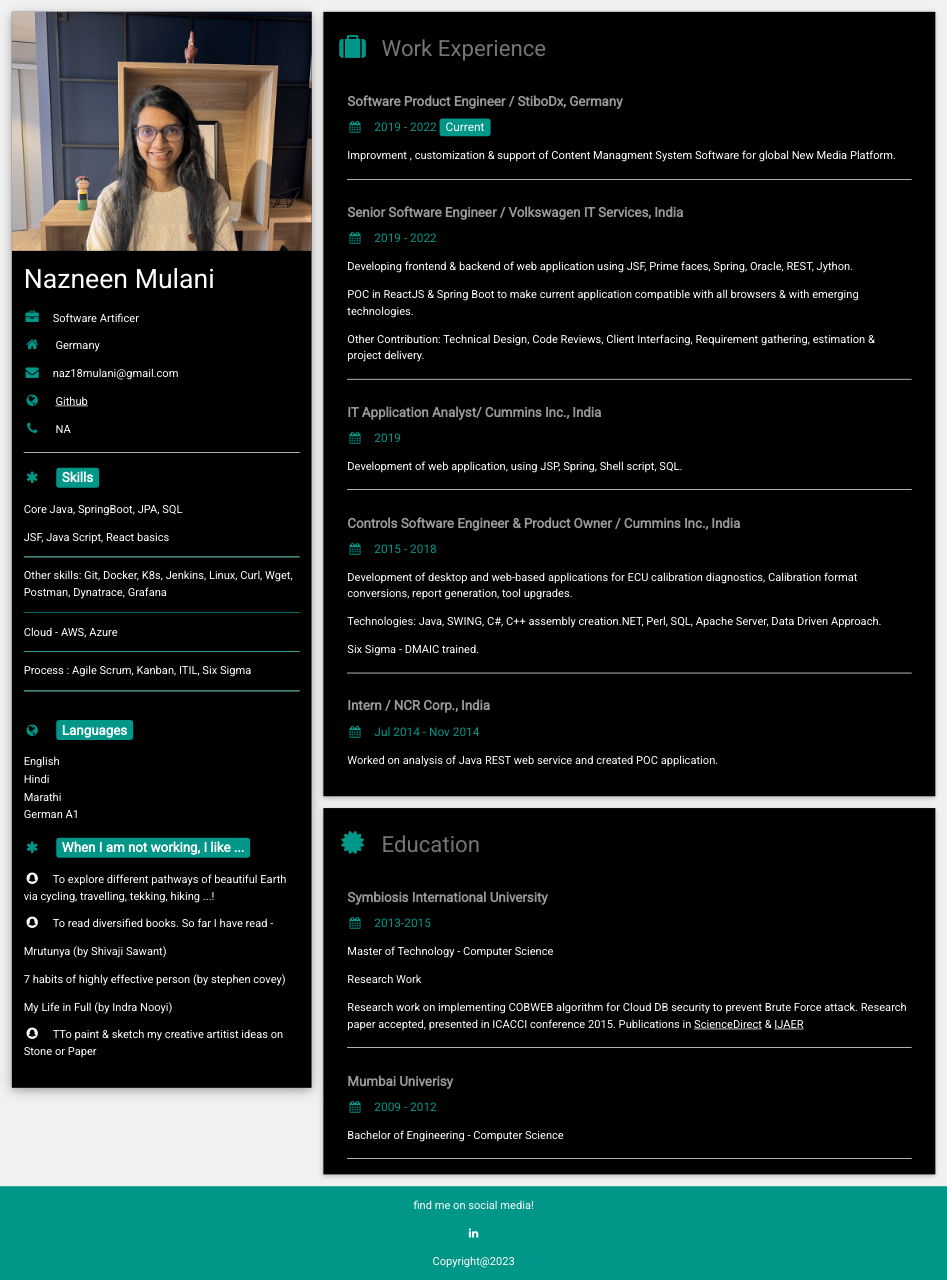
Repository: nazneenprojects/nazneen.github.io
Page: index.html
An editor plug-in stored every save of this project. The page is shown before and after the next save, followed by the edit.
The browser window is 1280 px wide. The pictures show the whole page, at 74% of full size.

Above is the page before, as saved 2023-07-09 12:12:39.

### index.html
<!DOCTYPE html>
<html>
<title>Nazneen Portfolio</title>
<meta charset="UTF-8">
<meta name="viewport" content="width=device-width, initial-scale=1">
<link rel="stylesheet" href="https://www.w3schools.com/w3css/4/w3.css">
<link rel='stylesheet' href='https://fonts.googleapis.com/css?family=Roboto'>
<link rel="stylesheet" href="https://cdnjs.cloudflare.com/ajax/libs/font-awesome/4.7.0/css/font-awesome.min.css">
<style>
html,body,h1,h2,h3,h4,h5,h6 {font-family: "Roboto", sans-serif}
</style>
<body class="w3-light-grey">

<!-- Page Container -->
<div class="w3-content w3-margin-top" style="max-width:1400px;">

  <!-- The Grid -->
  <div class="w3-row-padding">

    <!-- Left Column -->
    <div class="w3-third">

      <div class="w3-black w3-text-white w3-card-4">
        <div class="w3-display-container">
          <img src="IMG_NazneenM.JPG" style="width:100%" alt="Avatar">
          <div class="w3-display-bottomleft w3-container w3-text-black">
          </div>
        </div>
        <div class="w3-container">
          <h1>Nazneen Mulani</h1>
          <p><i class="fa fa-briefcase fa-fw w3-margin-right w3-large w3-text-teal"></i>Software Artificer</p>
          <p><i class="fa fa-home fa-fw w3-margin-right w3-large w3-text-teal"></i> Germany </p>
          <p><i class="fa fa-envelope fa-fw w3-margin-right w3-large w3-text-teal"></i>naz18mulani@gmail.com</p>
          <p><i class="fa fa-globe fa-fw w3-margin-right w3-large w3-text-teal"></i>
          <a href="https://github.com/nazneenprojects">Github</a>
          </p>
          <p><i class="fa fa-phone fa-fw w3-margin-right w3-large w3-text-teal"></i> NA </p>
          <hr>

          <p class="w3-large"><b><i class="fa fa-asterisk fa-fw w3-margin-right w3-text-teal"></i> <span class="w3-tag w3-teal w3-round">Skills</span></b></p>
          <p>Core Java, SpringBoot, JPA, SQL</p>

          <p>JSF, Java Script, React basics</p>
          <div class="w3-light-grey w3-round-xlarge w3-small">
            <div class="w3-container w3-center w3-round-xlarge w3-teal" style="width:100%">
            </div>
          </div>
          <p>Other skills: Git, Docker, K8s, Jenkins, Linux, Curl, Wget, Postman, Dynatrace, Grafana</p>
          <div class="w3-light-grey w3-round-xlarge w3-small">
            <div class="w3-container w3-center w3-square-xlarge w3-teal" style="width:100%">
           </div>
          </div>
          <p>Cloud - AWS, Azure</p>
          <div class="w3-light-grey w3-round-xlarge w3-small">
            <div class="w3-container w3-center w3-round-xlarge w3-teal" style="width:100%">
            </div>
          </div>
          <p>Process : Agile Scrum, Kanban, ITIL, Six Sigma</p>
          <div class="w3-light-grey w3-round-xlarge w3-small">
            <div class="w3-container w3-center w3-round-xlarge w3-teal" style="width:100%">
            </div>
          </div>
          <br>

          <p class="w3-large w3-text-theme"><b><i class="fa fa-globe fa-fw w3-margin-right w3-text-teal"></i> <span class="w3-tag w3-teal w3-round">Languages</span></b></p>

          <div class="w3-light-grey w3-round-xlarge">
            <div class="w3-square-xlarge w3-black" style="height:24px;width:100%">English</div>
          </div>

          <div class="w3-light-grey w3-round-xlarge">
            <div class="w3-square-xlarge w3-black" style="height:24px;width:100%">Hindi</div>
          </div>

          <div class="w3-light-grey w3-round-xlarge">
            <div class="w3-square-xlarge w3-black" style="height:24px;width:100%">Marathi</div>
          </div>

          <div class="w3-light-grey w3-round-xlarge">
            <div class="w3-square-xlarge w3-black" style="height:24px;width:100%">German A1</div>
          </div>

          <p class="w3-large"><b><i class="fa fa-asterisk fa-fw w3-margin-right w3-text-teal"></i> <span class="w3-tag w3-teal w3-round">When I am not working, I like ...</span></b></p>
          <p><i class="fa fa-snapchat fa-fw w3-margin-right w3-large w3-text-white"></i>To explore different pathways of beautiful Earth via cycling, travelling, tekking, hiking ...!  </p>
          <div>
          <p><i class="fa fa-snapchat fa-fw w3-margin-right w3-large w3-text-white"></i>To read diversified books. So far I have read - </p>
            </p>Mrutunya (by Shivaji Sawant)</p>
            </p>7 habits of highly effective person (by stephen covey)</p>
            </p>My Life in Full (by Indra Nooyi)</p>
        </div>
          <p><i class="fa fa-snapchat fa-fw w3-margin-right w3-large w3-text-white"></i>TTo paint & sketch my creative artitist ideas on Stone or Paper   </p>
          <br>
        </div>
      </div><br>

    <!-- End Left Column -->
    </div>

    <!-- Right Column -->
    <div class="w3-twothird">

      <div class="w3-container w3-card w3-black w3-margin-bottom">
        <h2 class="w3-text-grey w3-padding-16"><i class="fa fa-suitcase fa-fw w3-margin-right w3-xxlarge w3-text-teal"></i>Work Experience</h2>
        <div class="w3-container">
          <h5 class="w3-opacity"><b>Software Product Engineer / StiboDx, Germany</b></h5>
          <h6 class="w3-text-teal"><i class="fa fa-calendar fa-fw w3-margin-right"></i>2019 - 2022 <span class="w3-tag w3-teal w3-round">Current</span></h6>
          <p> Improvment , customization & support of Content Managment System Software for global New Media Platform.</p>
          <hr>
        </div>
        <div class="w3-container">
          <h5 class="w3-opacity"><b>Senior Software Engineer / Volkswagen IT Services, India</b></h5>
          <h6 class="w3-text-teal"><i class="fa fa-calendar fa-fw w3-margin-right"></i>2019 - 2022</h6>
          <p>Developing frontend & backend of web application using JSF, Prime faces, Spring, Oracle, REST, Jython.</p>
          <p>POC in ReactJS & Spring Boot to make current application compatible with all browsers & with emerging technologies.</p>
          <p>Other Contribution: Technical Design, Code Reviews, Client Interfacing, Requirement gathering, estimation & project delivery.</p>
          <hr>
        </div>
        <div class="w3-container">
          <h5 class="w3-opacity"><b>IT Application Analyst/ Cummins Inc., India</b></h5>
          <h6 class="w3-text-teal"><i class="fa fa-calendar fa-fw w3-margin-right"></i>2019 </h6>
          <p>Development of web application, using JSP, Spring, Shell script, SQL.</p>
          <hr>
        </div>
        <div class="w3-container">
          <h5 class="w3-opacity"><b>Controls Software Engineer & Product Owner / Cummins Inc., India</b></h5>
          <h6 class="w3-text-teal"><i class="fa fa-calendar fa-fw w3-margin-right"></i>2015 - 2018</h6>
          <p>Development of desktop and web-based applications for ECU calibration diagnostics, Calibration format conversions, report generation, tool upgrades.</p>
          <p>Technologies: Java, SWING, C#, C++ assembly creation.NET, Perl, SQL, Apache Server, Data Driven Approach.</p>
          <p>Six Sigma - DMAIC trained.</p>
          <hr>
        </div>
        <div class="w3-container">
          <h5 class="w3-opacity"><b>Intern / NCR Corp., India</b></h5>
          <h6 class="w3-text-teal"><i class="fa fa-calendar fa-fw w3-margin-right"></i>Jul 2014 - Nov 2014</h6>
          <p>Worked on analysis of Java REST web service and created POC application. </p><br>
        </div>
      </div>

      <div class="w3-container w3-card w3-black">
        <h2 class="w3-text-grey w3-padding-16"><i class="fa fa-certificate fa-fw w3-margin-right w3-xxlarge w3-text-teal"></i>Education</h2>
        <div class="w3-container">
          <h5 class="w3-opacity"><b> Symbiosis International University</b></h5>
          <h6 class="w3-text-teal"><i class="fa fa-calendar fa-fw w3-margin-right"></i>2013-2015</h6>
          <p>Master of Technology - Computer Science</p>
          <p>Research Work</p>
          <p>
            Research work on implementing COBWEB algorithm for Cloud DB security to prevent Brute Force attack. Research paper accepted, presented in ICACCI conference 2015. Publications in

            <a href="https://www.sciencedirect.com/science/article/pii/S1877050915005359">ScienceDirect</a> &
            <a href="https://www.ripublication.com/Volume/ijaerv10n12.htm">IJAER</a>
          </p>
          <hr>
        </div>
        <div class="w3-container">
          <h5 class="w3-opacity"><b>Mumbai Univerisy</b></h5>
          <h6 class="w3-text-teal"><i class="fa fa-calendar fa-fw w3-margin-right"></i>2009 - 2012</h6>
          <p>Bachelor of Engineering - Computer Science</p>
          <hr>
        </div>
      </div>

    <!-- End Right Column -->
    </div>

  <!-- End Grid -->
  </div>

  <!-- End Page Container -->
</div>

<footer class="w3-container w3-teal w3-center w3-margin-top">

  <p>find me on social media!</p>
  <a href="https://www.linkedin.com/in/nazneen-mulani-05004012a/"> <i class="fa fa-linkedin w3-hover-opacity"></i></a>
  <p>Copyright@2023</p>
 <!--
  <i class="fa fa-facebook-official w3-hover-opacity"></i>
  <i class="fa fa-instagram w3-hover-opacity"></i>
  <i class="fa fa-snapchat w3-hover-opacity"></i>
  <i class="fa fa-pinterest-p w3-hover-opacity"></i>
  <i class="fa fa-twitter w3-hover-opacity"></i>
  <p>Powered by <a href="https://www.w3schools.com/w3css/default.asp" target="_blank">w3.css</a></p>
 -->
</footer>

</body>
</html>

After the next save:
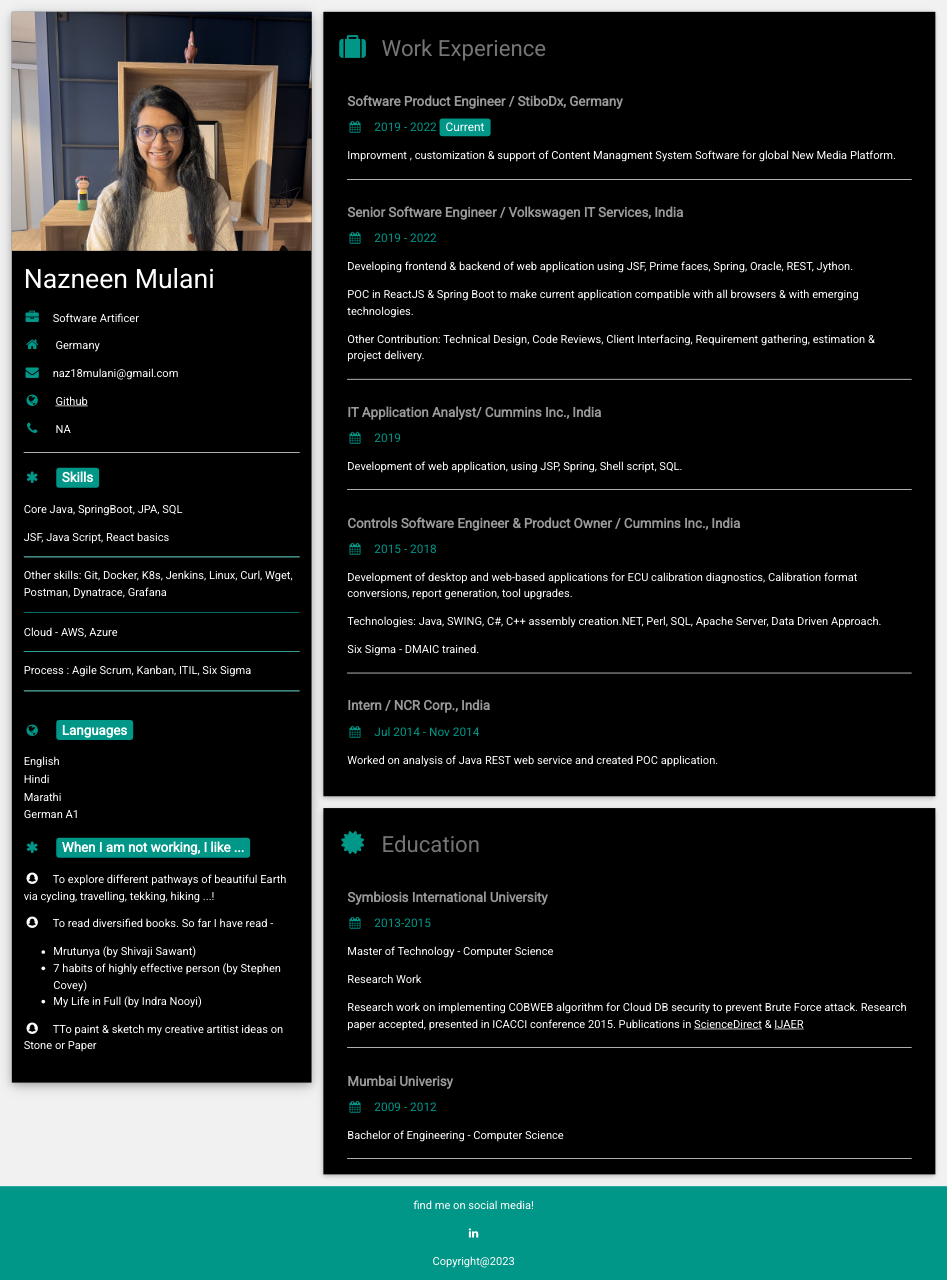
Saved 112 s later.
--- a/index.html
+++ b/index.html
@@ -83,11 +83,14 @@
           <p class="w3-large"><b><i class="fa fa-asterisk fa-fw w3-margin-right w3-text-teal"></i> <span class="w3-tag w3-teal w3-round">When I am not working, I like ...</span></b></p>
           <p><i class="fa fa-snapchat fa-fw w3-margin-right w3-large w3-text-white"></i>To explore different pathways of beautiful Earth via cycling, travelling, tekking, hiking ...!  </p>
           <div>
-          <p><i class="fa fa-snapchat fa-fw w3-margin-right w3-large w3-text-white"></i>To read diversified books. So far I have read - </p>
-            </p>Mrutunya (by Shivaji Sawant)</p>
-            </p>7 habits of highly effective person (by stephen covey)</p>
-            </p>My Life in Full (by Indra Nooyi)</p>
-        </div>
+            <p><i class="fa fa-snapchat fa-fw w3-margin-right w3-large w3-text-white"></i>To read diversified books. So far I have read - </p>
+            <ul>
+              <li>Mrutunya (by Shivaji Sawant)</li>
+              <li>7 habits of highly effective person (by Stephen Covey)</li>
+              <li>My Life in Full (by Indra Nooyi)</li>
+            </ul>
+          </div>
+
           <p><i class="fa fa-snapchat fa-fw w3-margin-right w3-large w3-text-white"></i>TTo paint & sketch my creative artitist ideas on Stone or Paper   </p>
           <br>
         </div>
